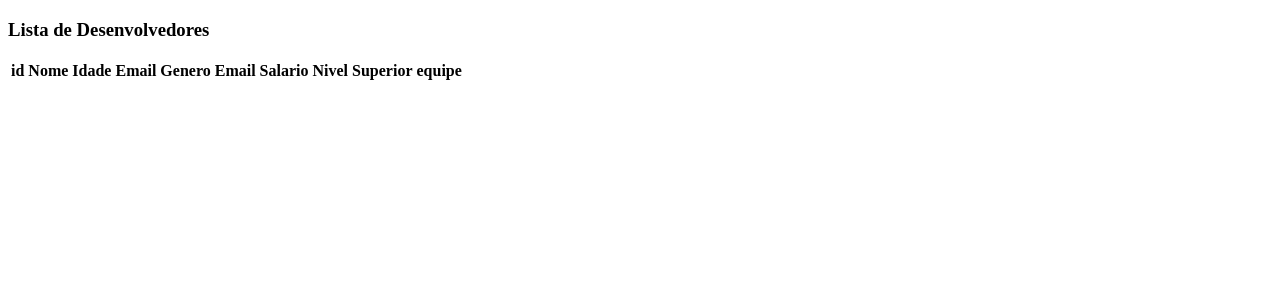
Repository: OmagnetFirel/basico-javaweb
Page: http://localhost/DEVManager/ListarTodosDesenvolvedores?np=/read/listarDesenvolvedors.jsp
An editor plug-in stored every save of this project. The page is shown before and after the next save, followed by the edit.
The browser window is 1280 px wide. The pictures show the whole page.
The page is served by Tomcat 9. Queries for data that is not in the repository find no rows.

Above is the page before, as saved 2023-04-16 21:25:20.

After the next save:
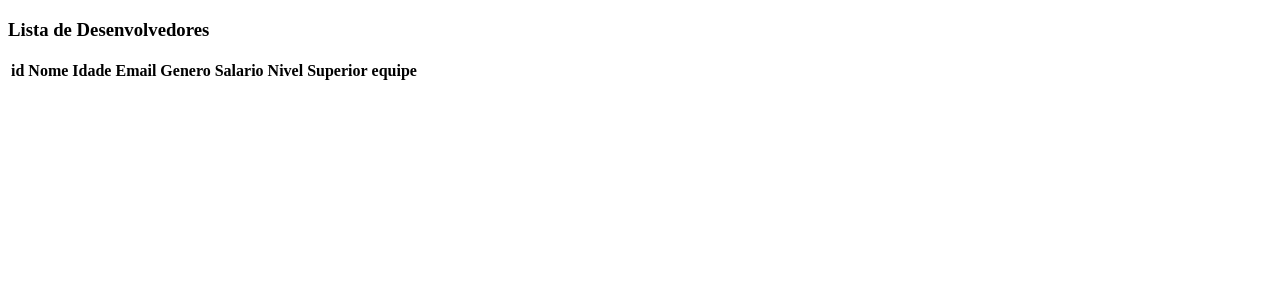
Saved 79 s later.
--- a/DEVManager/src/main/webapp/read/listarDesenvolvedors.jsp
+++ b/DEVManager/src/main/webapp/read/listarDesenvolvedors.jsp
@@ -17,7 +17,6 @@
 			<th>Idade</th>
 			<th>Email</th>
 			<th>Genero</th>
-			<th>Email</th>
 			<th>Salario</th>
 			<th>Nivel</th>
 			<th>Superior</th>
